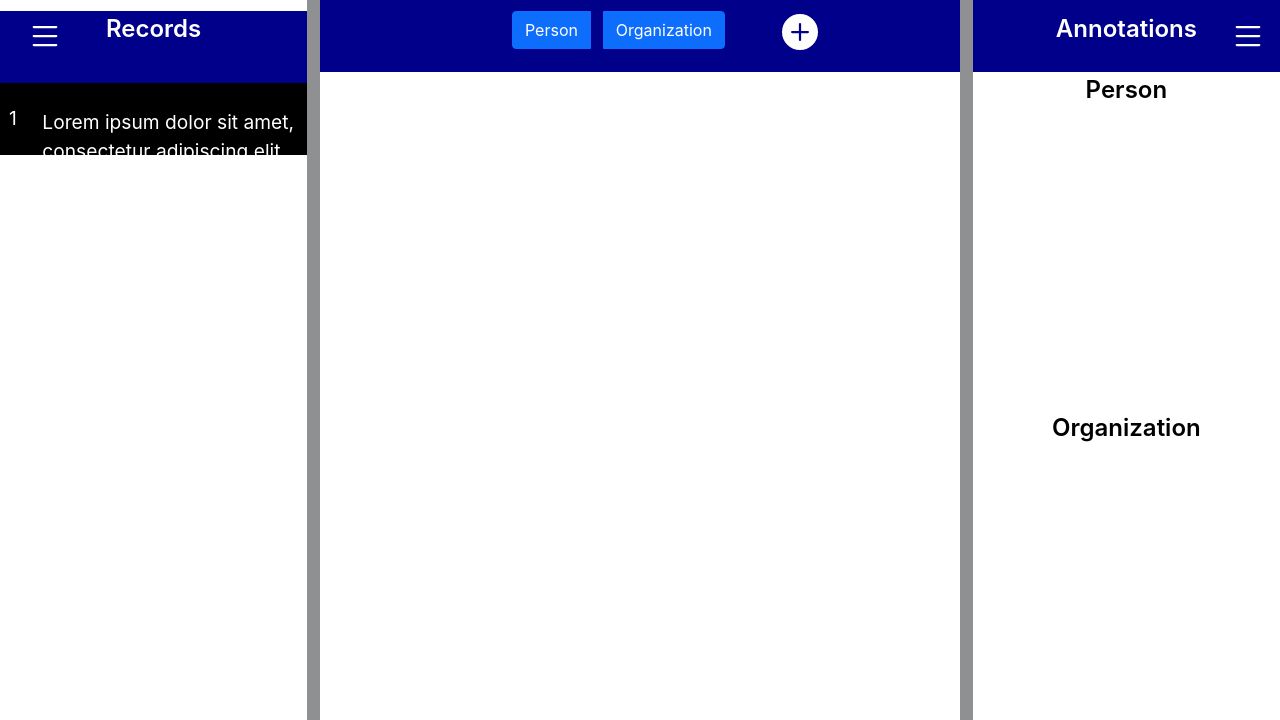
Repository: napan24/classforma_assignment
Page: / (app in client/)
An editor plug-in stored every save of this project. The page is shown before and after the next save, followed by the edit.
The browser window is 1280 px wide. The pictures show the whole page.
The project was rebuilt for these pictures with package versions that can differ from the ones it lists, and the page was loaded fresh each time. Also part of the build but not shown: client/src/App.css.

Above is the page before, as saved 2022-07-20 18:54:24.

### client/public/index.html
<!DOCTYPE html>
<html lang="en">
  <head>
    <meta charset="utf-8" />
    <link rel="icon" href="%PUBLIC_URL%/favicon.ico" />
    <meta name="viewport" content="width=device-width, initial-scale=1" />
    <meta name="theme-color" content="#000000" />
    <meta
      name="description"
      content="Web site created using create-react-app"
    />
    <link href="https://cdn.jsdelivr.net/npm/bootstrap@5.1.3/dist/css/bootstrap.min.css" rel="stylesheet" integrity="sha384-1BmE4kWBq78iYhFldvKuhfTAU6auU8tT94WrHftjDbrCEXSU1oBoqyl2QvZ6jIW3" crossorigin="anonymous">
    <link rel="apple-touch-icon" href="%PUBLIC_URL%/logo192.png" />
    <!--
      manifest.json provides metadata used when your web app is installed on a
      user's mobile device or desktop. See https://developers.google.com/web/fundamentals/web-app-manifest/
    -->
    <link rel="manifest" href="%PUBLIC_URL%/manifest.json" />
    <!--
      Notice the use of %PUBLIC_URL% in the tags above.
      It will be replaced with the URL of the `public` folder during the build.
      Only files inside the `public` folder can be referenced from the HTML.

      Unlike "/favicon.ico" or "favicon.ico", "%PUBLIC_URL%/favicon.ico" will
      work correctly both with client-side routing and a non-root public URL.
      Learn how to configure a non-root public URL by running `npm run build`.
    -->
    <title>React App</title>
  </head>
  <body>
    <noscript>You need to enable JavaScript to run this app.</noscript>
    <div id="root"></div>
    <!--
      This HTML file is a template.
      If you open it directly in the browser, you will see an empty page.

      You can add webfonts, meta tags, or analytics to this file.
      The build step will place the bundled scripts into the <body> tag.

      To begin the development, run `npm start` or `yarn start`.
      To create a production bundle, use `npm run build` or `yarn build`.
    -->
    <script src="https://cdn.jsdelivr.net/npm/bootstrap@5.1.3/dist/js/bootstrap.bundle.min.js" integrity="sha384-ka7Sk0Gln4gmtz2MlQnikT1wXgYsOg+OMhuP+IlRH9sENBO0LRn5q+8nbTov4+1p" crossorigin="anonymous"></script>
  </body>
</html>

### client/src/App.js
import logo from './logo.svg';
import './App.css';
import Home from './Home';

function App() {
  return (
    <>
      <Home></Home>
    </>
  );
}

export default App;

### client/src/Home.js
'strict origin'
import React, { useState, useEffect } from 'react'
const Home = () => {
    const [textField, setTextField] = useState();
    const [person, setPerson] = useState();
    const [place, setPlace] = useState();
    const [personName, setPersonName] = useState(['']);
    const [placeName, setPlaceName] = useState(['']);
    const [data, setData] = useState("");
    const [leftClose, setLeftClose] = useState(false);
    const [rightClose, setRightClose] = useState(false);
    useEffect(() => {
        if (textField) {
            trending();
        }
    }, [textField])
    const trending = async () => {
        const res = await fetch("/", {
            method: 'POST',
            headers: {
                "Content-Type": "application/json"
            },
            body: JSON.stringify({ textField })
        });
        const result = await res.json();
        console.log(result);
        setPerson(result.filter((arr) => arr.type == 'Person'));
        setPlace(result.filter((arr) => arr.type[0] == 'Place' || arr.type[0] == 'PopulatedPlace' || arr.type[0] == 'Settlement' || arr.type[0] == 'City'));
    };
    useEffect(() => {
        setPersonName(['']);
        if (person) {
            person.forEach(function (arrayItem) {
                setPersonName(curr => [...curr, arrayItem.entityId]);
            });
        }
    }, [person])
    useEffect(() => {
        setPlaceName(['']);
        if (place) {
            console.log(place);
            place.forEach(function (arrayItem) {
                setPlaceName(curr => [...curr, arrayItem.entityId]);
            });
        }
    }, [place])
    const showFile = async (e) => {
        e.preventDefault()
        const reader = new FileReader()
        reader.onload = async (e) => {
            const text = (e.target.result)
            setTextField(text);
        };
        reader.readAsText(e.target.files[0])
    }
    function replace() {
        setTextField(textField.replace(data, ''));
        showAlert("alert")
    }
    function showAlert(id) {
        if (document.getElementById(id).style.display == "inline-block") {
            document.getElementById(id).style.display = "none";
        }
        else {
            document.getElementById(id).style.display = "inline-block";
        }
    }
    function CloseClick(e) {
        setData(e.currentTarget.parentElement.querySelector('.userName').innerText);
        showAlert("alert");
    }
    function showLeftComponent() {
        if (document.getElementById('left_component').style.display == "inline") {
            document.getElementById('left_component').style.display = "none";
            document.getElementById('left_open').style.display = "inline";
        }
        else {
            document.getElementById('left_component').style.display = "inline";
            document.getElementById('left_open').style.display = "none";
        }
        setLeftClose(!leftClose);
    }
    function showRightComponent() {
        if (document.getElementById('right_component').style.display == "inline") {
            document.getElementById('right_component').style.display = "none";
            document.getElementById('right_open').style.display = "inline";
        }
        else {
            document.getElementById('right_component').style.display = "inline";
            document.getElementById('right_open').style.display = "none";
        }
        setRightClose(!rightClose);
    }
    return (
        <>
            <div id="alert" style={{ display: "none", height: "35vh", width: "35vw", backgroundColor: "white", position: "absolute", zIndex: '2', left: "35%", top: "25%", border: "2px solid red" }}>
                <button onClick={() => { showAlert("alert") }} type="button" class="btn btn-primary" style={{ marginRight: "1vw", position: "absolute", bottom: "10%", left: "15%", padding: "2vh" }}>Cancel</button>
                <button onClick={(e) => { replace(e) }} style={{ marginRight: "1vw", position: "absolute", bottom: "10%", left: "65%", padding: "2vh" }} type="button" class="btn btn-primary">Delete</button>
            </div>
            <div style={{ display: 'flex', width: "100vw", height: "100vh", backgroundColor: "#8f9091", overflow: "hidden" }}>
                <div id="left_component" style={{ display: 'inline', width: "24vw", height: "100vh", backgroundColor: "white", marginRight: "1vw" }}>
                    <div style={{ width: "24vw", height: "10vh", backgroundColor: "#00008b", textAlign: 'center', fontSize: '150%', color: "white", fontWeight: "600"}}>
                        <p style={{ marginTop: "1.5vh" }}>
                            Records
                        </p>
                    </div>
                    <svg onClick={() => { showLeftComponent() }} style={{ width: "5vw", height: "5vh", position: 'absolute', left: "1vw", top: "2.5vh", color: 'white' }} xmlns="http://www.w3.org/2000/svg" fill="currentColor" class="bi bi-list" viewBox="0 0 16 16">
                        <path fill-rule="evenodd" d="M2.5 12a.5.5 0 0 1 .5-.5h10a.5.5 0 0 1 0 1H3a.5.5 0 0 1-.5-.5zm0-4a.5.5 0 0 1 .5-.5h10a.5.5 0 0 1 0 1H3a.5.5 0 0 1-.5-.5zm0-4a.5.5 0 0 1 .5-.5h10a.5.5 0 0 1 0 1H3a.5.5 0 0 1-.5-.5z" />
                    </svg>
                    <div style={{ width: "24vw", height: "10vh", backgroundColor: "black",overflow:"hidden",color:"white",fontSize:"120%",display:"flex",justifyContent:'center',alignItems:'center' }}>
                        <span style={{top:"10vh"}}>
                            1
                        </span>
                        <span style={{height:"3vh",width:"20vw",marginLeft:"2vw"}}>
                            Lorem ipsum dolor sit amet, consectetur adipiscing elit, sed do eiusmod tempor incididunt ut labore et dolore magna aliqua. Ut enim ad minim veniam, quis nostrud exercitation ullamco laboris nisi ut aliquip ex ea commodo consequat. Duis aute irure dolor in reprehenderit in voluptate velit esse cillum dolore eu fugiat nulla pariatur. Excepteur sint occaecat cupidatat non proident, sunt in culpa qui officia deserunt mollit anim id est laborum.
                        </span>
                    </div>
                </div>
                <div style={{ width: leftClose && rightClose ? "100vw" : rightClose ? "75vw" : leftClose ? "75vw" : "50vw", height: "100vh", backgroundColor: "white", marginRight: "1vw", overflowY: "unset" }}>
                    <div style={{ width: leftClose && rightClose ? "100vw" : rightClose ? "75vw" : leftClose ? "75vw" : "50vw", height: "10vh", backgroundColor: "#00008b", position: 'relative', overflowY: 'hidden' }}>
                        <svg id="left_open" onClick={() => { showLeftComponent() }} style={{ display: "none", width: "5vw", height: "5vh", position: 'absolute', left: "1vw", top: "2.5vh", color: 'white' }} xmlns="http://www.w3.org/2000/svg" fill="currentColor" class="bi bi-list" viewBox="0 0 16 16">
                            <path fill-rule="evenodd" d="M2.5 12a.5.5 0 0 1 .5-.5h10a.5.5 0 0 1 0 1H3a.5.5 0 0 1-.5-.5zm0-4a.5.5 0 0 1 .5-.5h10a.5.5 0 0 1 0 1H3a.5.5 0 0 1-.5-.5zm0-4a.5.5 0 0 1 .5-.5h10a.5.5 0 0 1 0 1H3a.5.5 0 0 1-.5-.5z" />
                        </svg>
                        <div class="btn-group" style={{ marginTop: "1.5vh", marginLeft: "15vw" }}>
                            <button type="button" class="btn btn-primary" style={{ marginRight: "1vw" }}>Person</button>
                            <button type="button" class="btn btn-primary">Organization</button>
                        </div>
                        <label for="file">
                            <svg style={{ width: "20%", height: "50%", position: "absolute", right: "15%", top: "2vh", color: "white" }} xmlns="http://www.w3.org/2000/svg" fill="currentColor" class="bi bi-plus-circle-fill" viewBox="0 0 16 16">
                                <path d="M16 8A8 8 0 1 1 0 8a8 8 0 0 1 16 0zM8.5 4.5a.5.5 0 0 0-1 0v3h-3a.5.5 0 0 0 0 1h3v3a.5.5 0 0 0 1 0v-3h3a.5.5 0 0 0 0-1h-3v-3z" />
                            </svg>
                        </label>
                        <input type="file" id="file" onChange={(e) => showFile(e)} style={{ display: "none" }} />
                        <svg id="right_open" onClick={() => { showRightComponent() }} style={{ display: "none", width: "5vw", height: "5vh", position: 'absolute', right: "1vw", top: "2.5vh", color: 'white' }} xmlns="http://www.w3.org/2000/svg" fill="currentColor" class="bi bi-list" viewBox="0 0 16 16">
                            <path fill-rule="evenodd" d="M2.5 12a.5.5 0 0 1 .5-.5h10a.5.5 0 0 1 0 1H3a.5.5 0 0 1-.5-.5zm0-4a.5.5 0 0 1 .5-.5h10a.5.5 0 0 1 0 1H3a.5.5 0 0 1-.5-.5zm0-4a.5.5 0 0 1 .5-.5h10a.5.5 0 0 1 0 1H3a.5.5 0 0 1-.5-.5z" />
                        </svg>
                    </div>
                    <div style={{ width: leftClose && rightClose ? "98vw" : rightClose ? "73vw" : leftClose ? "73vw" : "48vw", height: "85vh", marginLeft: "2vw", marginTop: "5vh", overflowY: "scroll" }}>
                        {textField}
                    </div>
                </div>
                <div id="right_component" style={{ display: 'inline', width: "24vw", height: "100vh", backgroundColor: "white" }}>
                    <div style={{ width: "24vw", height: "10vh", backgroundColor: "#00008b", textAlign: 'center', fontSize: '150%', color: "white", fontWeight: "600", position: 'relative' }}>
                        <p style={{ paddingTop: "1.5vh" }}>
                            Annotations
                        </p>
                        <svg onClick={() => { showRightComponent() }} style={{ width: "5vw", height: "5vh", position: 'absolute', right: "0vw", top: "2.5vh", color: 'white' }} xmlns="http://www.w3.org/2000/svg" fill="currentColor" class="bi bi-list" viewBox="0 0 16 16">
                            <path fill-rule="evenodd" d="M2.5 12a.5.5 0 0 1 .5-.5h10a.5.5 0 0 1 0 1H3a.5.5 0 0 1-.5-.5zm0-4a.5.5 0 0 1 .5-.5h10a.5.5 0 0 1 0 1H3a.5.5 0 0 1-.5-.5zm0-4a.5.5 0 0 1 .5-.5h10a.5.5 0 0 1 0 1H3a.5.5 0 0 1-.5-.5z" />
                        </svg>
                    </div>
                    <div style={{ width: "24vw", height: "5vh", backgroundColor: "white", textAlign: 'center', fontSize: '150%', color: "black", fontWeight: "600", marginBottom: "2vh" }}>
                        <p>
                            Person
                        </p>
                    </div>
                    <div style={{ maxWidth: "24vw", height: "40vh", backgroundColor: "white", textAlign: 'center', fontSize: '150%', color: "black", fontWeight: "600", zIndex: "2", overflowY: "scroll", overflowX: "hidden" }}>
                        {personName && personName.map((user) => (
                            user.length > 0 && <div style={{ width: "24vw", color: "black", height: "3vh", fontSize: "2vh", position: 'relative', borderBottom: '1px solid black' }}>
                                <span className='userName' style={{ width: "12vw" }}>
                                    {user}
                                </span>
                                <svg onClick={(e) => { CloseClick(e) }} style={{ width: "3.5vw", height: "3.5vh", position: 'absolute', right: "0vw", top: "0vh" }} xmlns="http://www.w3.org/2000/svg" fill="currentColor" class="bi bi-x" viewBox="0 0 16 16">
                                    <path d="M4.646 4.646a.5.5 0 0 1 .708 0L8 7.293l2.646-2.647a.5.5 0 0 1 .708.708L8.707 8l2.647 2.646a.5.5 0 0 1-.708.708L8 8.707l-2.646 2.647a.5.5 0 0 1-.708-.708L7.293 8 4.646 5.354a.5.5 0 0 1 0-.708z" />
                                </svg>
                            </div>
                        ))}
                    </div>
                    <div style={{ width: "24vw", height: "5vh", backgroundColor: "white", textAlign: 'center', fontSize: '150%', color: "black", fontWeight: "600", marginBottom: "2vh" }}>
                        <p>
                            Organization
                        </p>
                    </div>
                    <div style={{ width: "24vw", height: "40vh", backgroundColor: "white", textAlign: 'center', fontSize: '150%', color: "black", fontWeight: "600", overflowY: "scroll" }}>
                        {placeName && placeName.map((user) => (
                            user.length > 0 && <div style={{ width: "24vw", color: "black", height: "3vh", fontSize: "2vh", position: 'relative', borderBottom: '1px solid black' }}>
                                <span className='userName' style={{ width: "12vw" }}>
                                    {user}
                                </span>
                                <svg onClick={(e) => { CloseClick(e) }} style={{ width: "3.5vw", height: "3.5vh", position: 'absolute', right: "0vw", top: "0vh" }} xmlns="http://www.w3.org/2000/svg" fill="currentColor" class="bi bi-x" viewBox="0 0 16 16">
                                    <path d="M4.646 4.646a.5.5 0 0 1 .708 0L8 7.293l2.646-2.647a.5.5 0 0 1 .708.708L8.707 8l2.647 2.646a.5.5 0 0 1-.708.708L8 8.707l-2.646 2.647a.5.5 0 0 1-.708-.708L7.293 8 4.646 5.354a.5.5 0 0 1 0-.708z" />
                                </svg>
                            </div>
                        ))}
                    </div>
                </div>
            </div>
        </>
    )
}

export default Home

Loaded but not shown: client/src/index.js (common file); client/src/index.css (common file); client/src/reportWebVitals.js (common file)

After the next save:
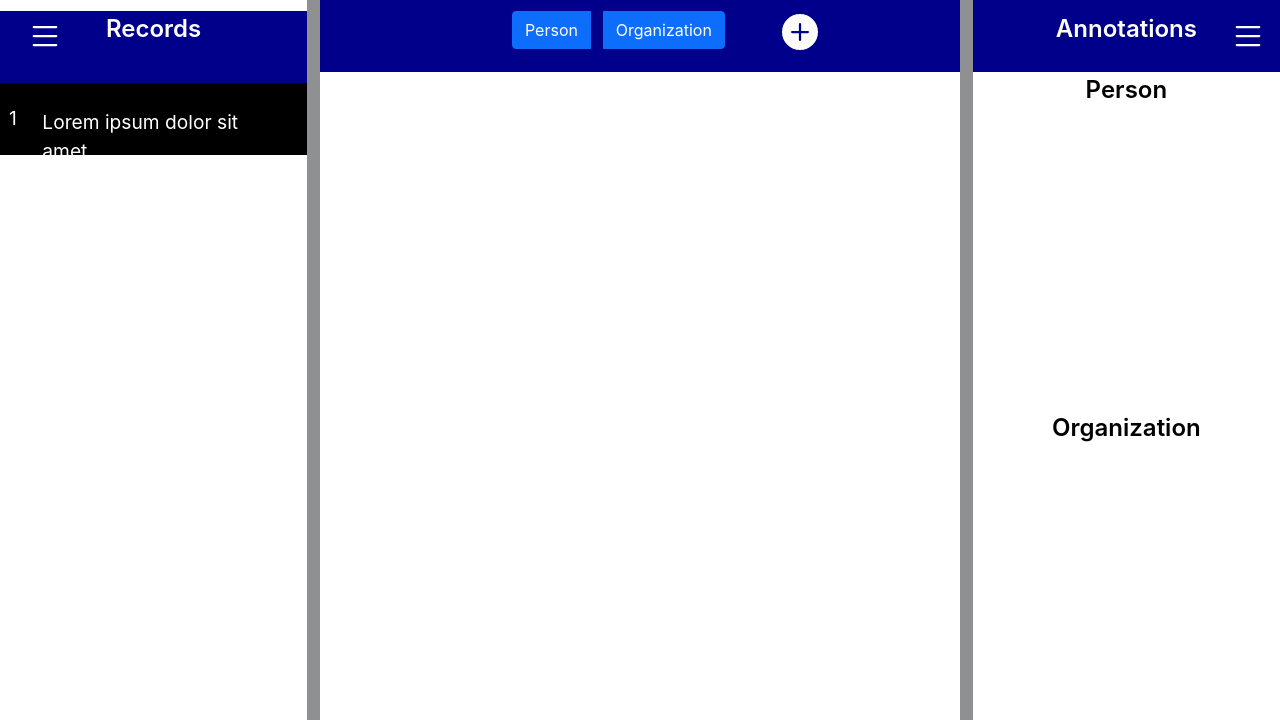
Saved 47 s later.
--- a/client/src/Home.js
+++ b/client/src/Home.js
@@ -112,7 +112,7 @@ const Home = () => {
                             1
                         </span>
                         <span style={{height:"3vh",width:"20vw",marginLeft:"2vw"}}>
-                            Lorem ipsum dolor sit amet, consectetur adipiscing elit, sed do eiusmod tempor incididunt ut labore et dolore magna aliqua. Ut enim ad minim veniam, quis nostrud exercitation ullamco laboris nisi ut aliquip ex ea commodo consequat. Duis aute irure dolor in reprehenderit in voluptate velit esse cillum dolore eu fugiat nulla pariatur. Excepteur sint occaecat cupidatat non proident, sunt in culpa qui officia deserunt mollit anim id est laborum.
+                            Lorem ipsum dolor sit amet,....
                         </span>
                     </div>
                 </div>
